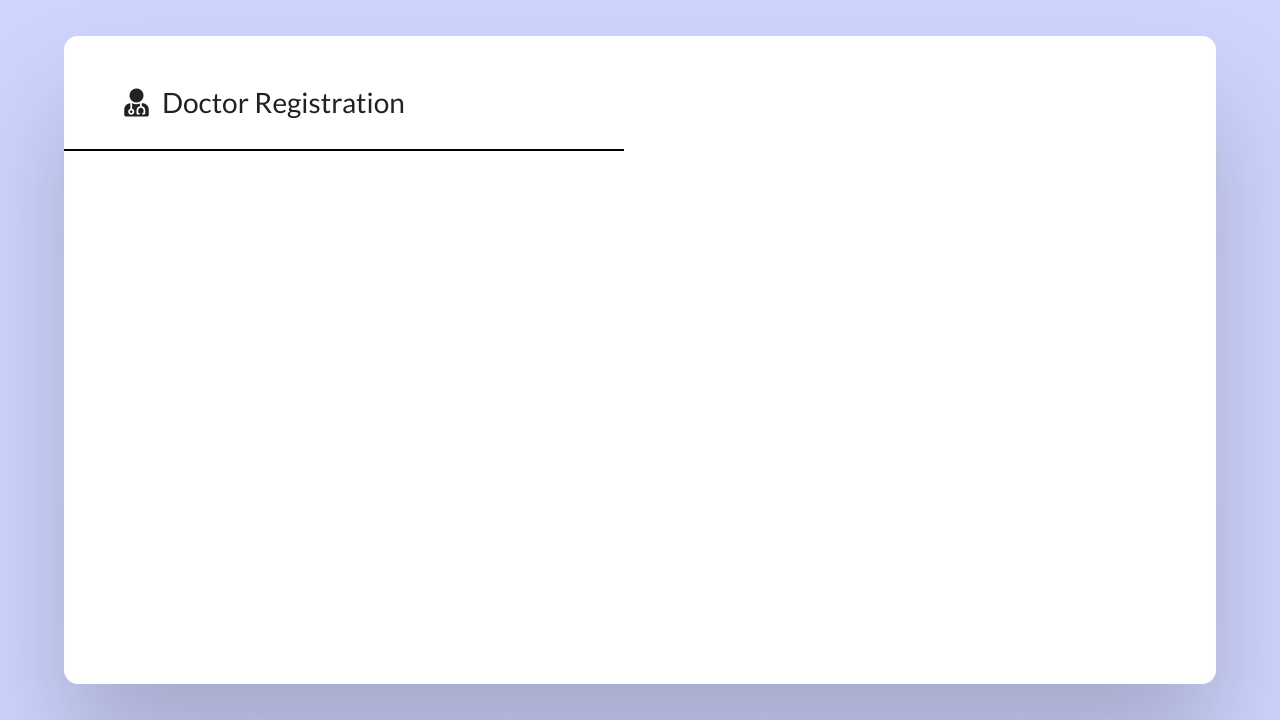
Repository: ajayaj2001/healthcare-digitization
Page: /doctorForm
An editor plug-in stored every save of this project. The page is shown before and after the next save, followed by the edit.
The browser window is 1280 px wide. The pictures show the whole page.
The project was rebuilt for these pictures with package versions that can differ from the ones it lists, and the page was loaded fresh each time. Also part of the build but not shown: src/component/userType/UserType.scss, src/component/userType/UserType.js, src/component/login/Login.scss, src/component/login/loginForm/LoginForm.scss, src/component/login/loginForm/LoginForm.js, src/component/login/Login.js, src/component/register/Register.scss, src/component/register/registerForm/RegisterForm.scss and 2 more.

Above is the page before, as saved 2021-03-13 10:40:10.

### public/index.html
<!DOCTYPE html>
<html lang="en">

<head>
  <meta charset="utf-8" />
  <meta name="viewport" content="width=device-width, initial-scale=1" />
  <meta name="theme-color" content="#000000" />
  <meta name="description" content="Web site created using create-react-app" />
  <link rel="stylesheet" href="https://fonts.googleapis.com/css?family=Roboto:300,400,500,700&display=swap" />
  <link rel="stylesheet" href="https://fonts.googleapis.com/icon?family=Material+Icons" />

  <!--
      manifest.json provides metadata used when your web app is installed on a
      user's mobile device or desktop. See https://developers.google.com/web/fundamentals/web-app-manifest/
    -->
  <!-- <link rel="manifest" href="%PUBLIC_URL%/manifest.json" /> -->
  <!--
      Notice the use of %PUBLIC_URL% in the tags above.
      It will be replaced with the URL of the `public` folder during the build.
      Only files inside the `public` folder can be referenced from the HTML.

      Unlike "/favicon.ico" or "favicon.ico", "%PUBLIC_URL%/favicon.ico" will
      work correctly both with client-side routing and a non-root public URL.
      Learn how to configure a non-root public URL by running `npm run build`.
    -->
  <title>medical</title>
</head>

<body>
  <noscript>You need to enable JavaScript to run this app.</noscript>
  <div id="root"></div>
  <!--
      This HTML file is a template.
      If you open it directly in the browser, you will see an empty page.

      You can add webfonts, meta tags, or analytics to this file.
      The build step will place the bundled scripts into the <body> tag.

      To begin the development, run `npm start` or `yarn start`.
      To create a production bundle, use `npm run build` or `yarn build`.
    -->
</body>

</html>

### src/index.js
import React from 'react';
import ReactDOM from 'react-dom';
import './index.scss';
import App from './component/app/App';
import 'semantic-ui-css/semantic.min.css'


ReactDOM.render(
  // <React.StrictMode>
    <App />
  // </React.StrictMode>
  ,
  document.getElementById('root')
);

### src/index.scss
code {
  font-family: source-code-pro, Menlo, Monaco, Consolas, "Courier New", monospace;
}
@mixin respond($breakpoint) {
  @if $breakpoint == phone {
    @media (max-width: 37.5em) {
      @content;
    }
  }

  @if $breakpoint == tab-land {
    @media (max-width: 75em) {
      @content;
    }
  }
  @if $breakpoint == tab-port {
    @media (max-width: 56.25em) {
      @content;
    }
  }
  @if $breakpoint == big-desktop {
    @media (min-width: 112.5em) {
      @content;
    }
  }
}

*,
*::after,
*::before {
  margin: 0;
  padding: 0;
  box-sizing: inherit;
}
body {
  font-family: "Lato", sans-serif;
  font-weight: 400;
  font-size: 16px;
  line-height: 1.7;
  color: #777;
  //padding: 30px;
  box-sizing: border-box;
  @include respond(tab-port) {
    padding: 0;
  }
}

html {
  font-size: 62.5%; //1rem=10px 10px/16px=62.5%
  @include respond(tab-land) {
    //width <1200
    font-size: 56.25%; //1rem=9px
  }
  @include respond(tab-port) {
    //<width <900
    font-size: 50%; //1rem=8px
  }
  // @include respond(phone) {
  //     //<width<600
  //     font-size: 40%; //1rem=4.8px
  // }
  @include respond(big-desktop) {
    //>1200
    font-size: 75%; //1rem=12
  }
}

### src/component/app/App.js
import './App.scss';

import UserType from "../userType/UserType";
import Login from '../login/Login';
import Register from '../register/Register';
import { BrowserRouter as Router,Route,Switch } from 'react-router-dom';
import DoctorForm from '../doctorForm/DoctorForm';

function App() {
  return (
    <Router>
       <Switch>
          <Route path="/login">
           <Login/>
          </Route>
          <Route path="/register">
           <Register/>
          </Route>
          <Route path="/doctorForm">
            <DoctorForm/>
          </Route>
          <Route path="/">
            <UserType/>
          </Route>

        </Switch>
    {/* <div className="App">
    </div> */}
    </Router>
  );
}

export default App;

### src/component/doctorForm/DoctorForm.js
import React from 'react'
import './DoctorForm.scss'
import { Form, Input, TextArea, Button, Select, Icon } from 'semantic-ui-react'

const DoctorForm = () => {
    return (
        <div className="doctorForm__container">
            <div className="doctorForm__main">
                <div className="doctorForm__heading"><Icon name="user doctor"/> Doctor Registration</div>
            </div>
        </div>
    )
}

export default DoctorForm

### src/component/doctorForm/DoctorForm.scss
.doctorForm{
    &__container{
        margin: 0;
        background-color: #cfd4fe;
        height: 100vh;
        display: flex;
        justify-content: center;
        align-items: center;
    }
    &__main{
        background-color: white;
        width: 90%;
        height: 90%;
        border-radius: 1rem;
        align-items: center;
        overflow: hidden;
        box-shadow: 0 5rem 8rem rgba(black, 0.2);
    }
   &__heading{
       font-size: 2rem;
       padding: 4rem 0rem 2rem 4rem;
       border-bottom: .2rem solid black;
       width: 40rem;
   }
}

Loaded but not shown: src/component/app/App.scss (no stored copy; drawn as an empty file)

After the next save:
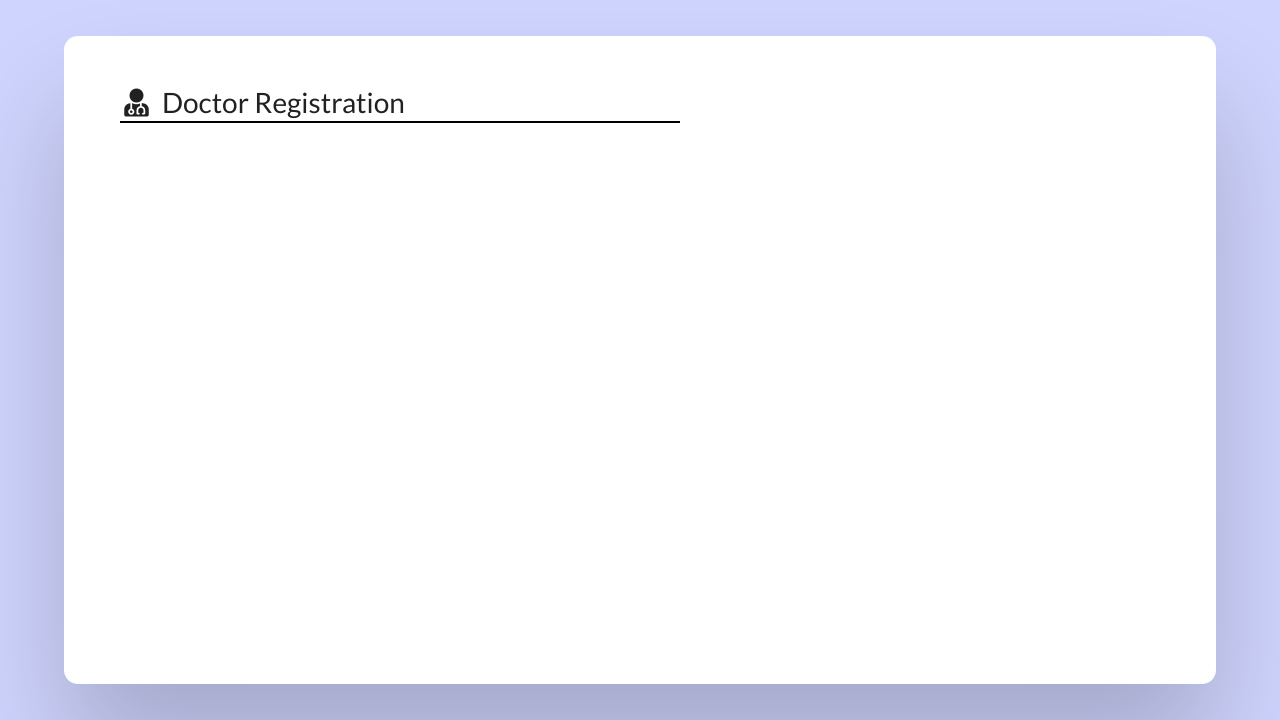
Saved 6 s later.
--- a/src/component/doctorForm/DoctorForm.scss
+++ b/src/component/doctorForm/DoctorForm.scss
@@ -18,7 +18,7 @@
     }
    &__heading{
        font-size: 2rem;
-       padding: 4rem 0rem 2rem 4rem;
+       margin: 4rem 0rem 2rem 4rem;
        border-bottom: .2rem solid black;
        width: 40rem;
    }
